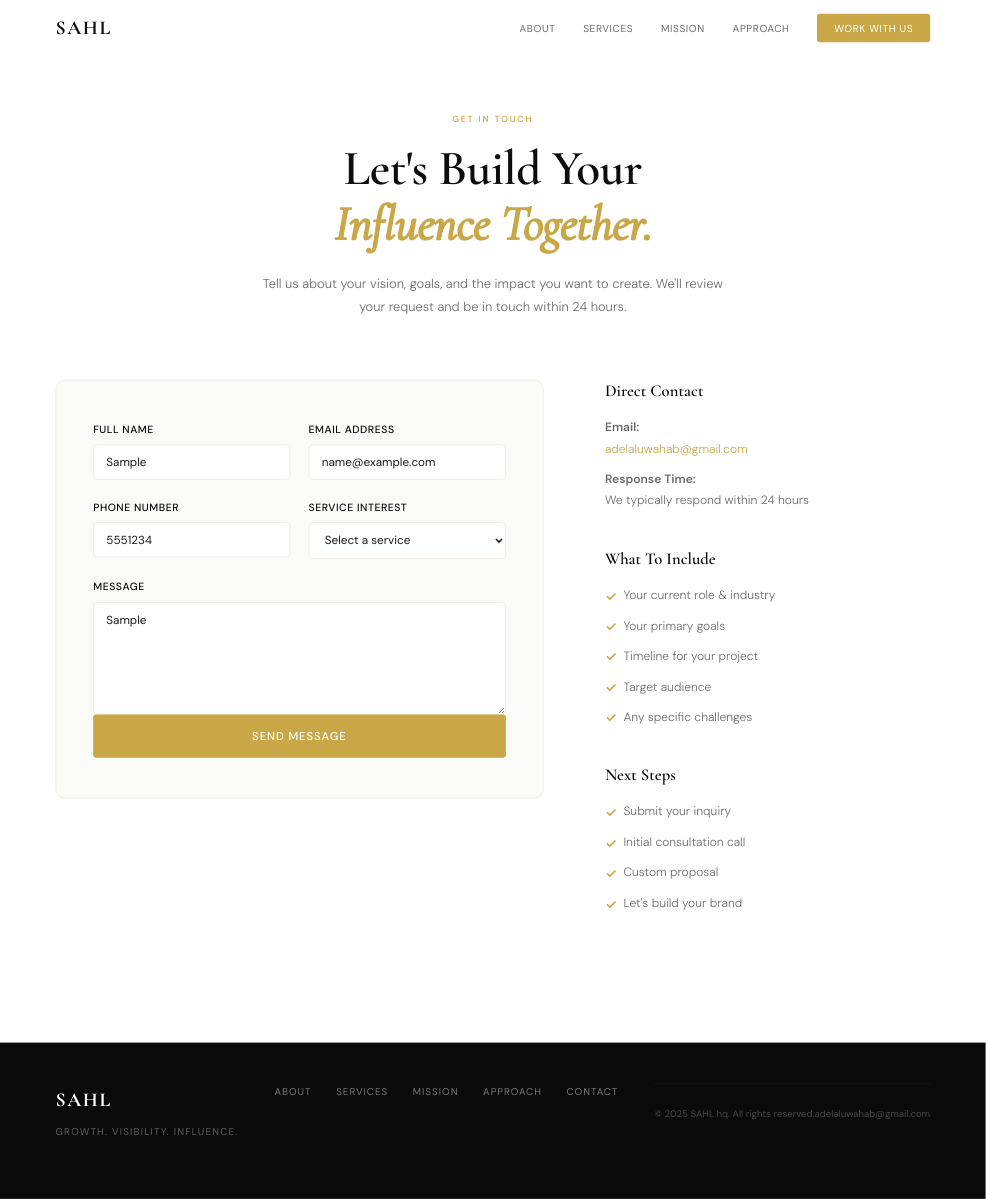
Repository: Olamilekan5177/sahl
Page: contact.html
The author's editor kept a copy of each file at every save. The page is drawn from the files as they stood at one save, then again after the next save.
The browser window is 1280 px wide. The pictures show the whole page, at 77% of full size.
Empty fields were first filled with sample values (such as "Sample", 5 or name@example.com).
After loading, the first visible `#contact-form` was submitted once.

Above is the page before, as saved 2026-03-28 10:33:48.
Console error: ReferenceError: data is not defined

After the next save:
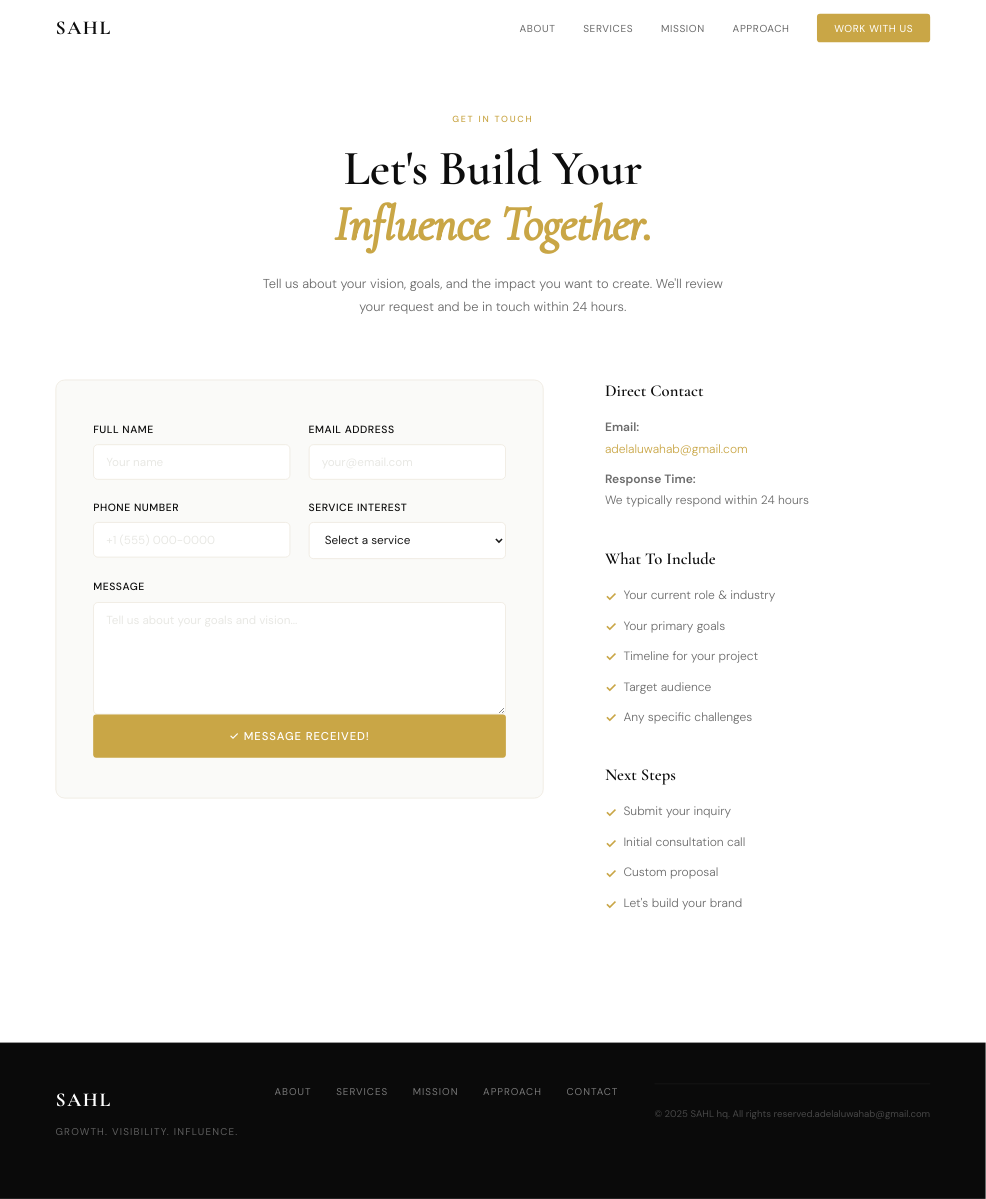
The error is gone.
Saved 31 s later.
--- a/script.js
+++ b/script.js
@@ -131,7 +131,7 @@
       }
     } catch (error) {
       // Fallback: Log locally and show message
-      console.log("Form Data:", data);
+      console.log("Form Data:", Object.fromEntries(formData.entries()));
       const submitBtn = form.querySelector('button[type="submit"]');
       const originalText = submitBtn.textContent;
       submitBtn.textContent = "✓ Message Received!";
